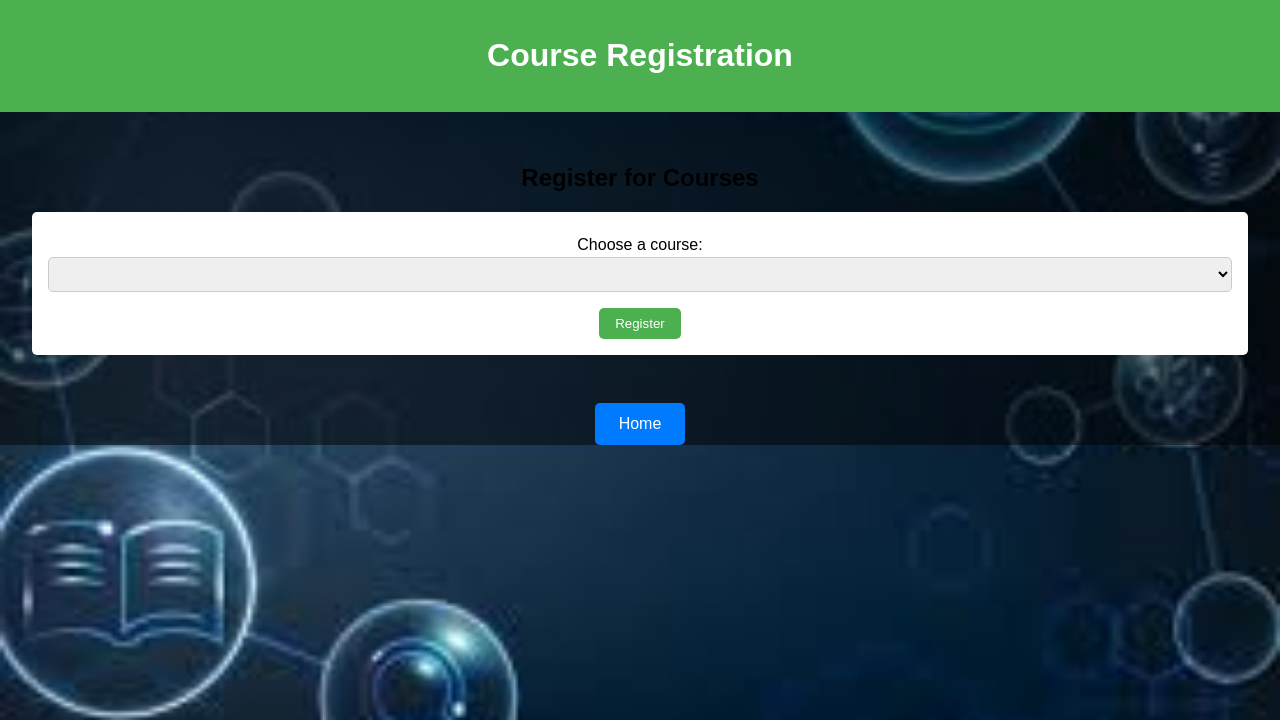
Repository: Syed1818/project
Page: http://localhost/register-course.php
These files come from the project's save history. The page is drawn as it stood at one moment and after the next save; the edit follows.
The browser window is 1280 px wide. The pictures show the whole page.
The page is run by PHP 8.4 with error messages shown; the project is at /var/www/html/. The session is filled in as if someone had signed in: {"user_id": 1}. Queries for data that is not in the repository find no rows.

Above is the page before, as saved 2024-12-05 10:09:47.

After the next save:
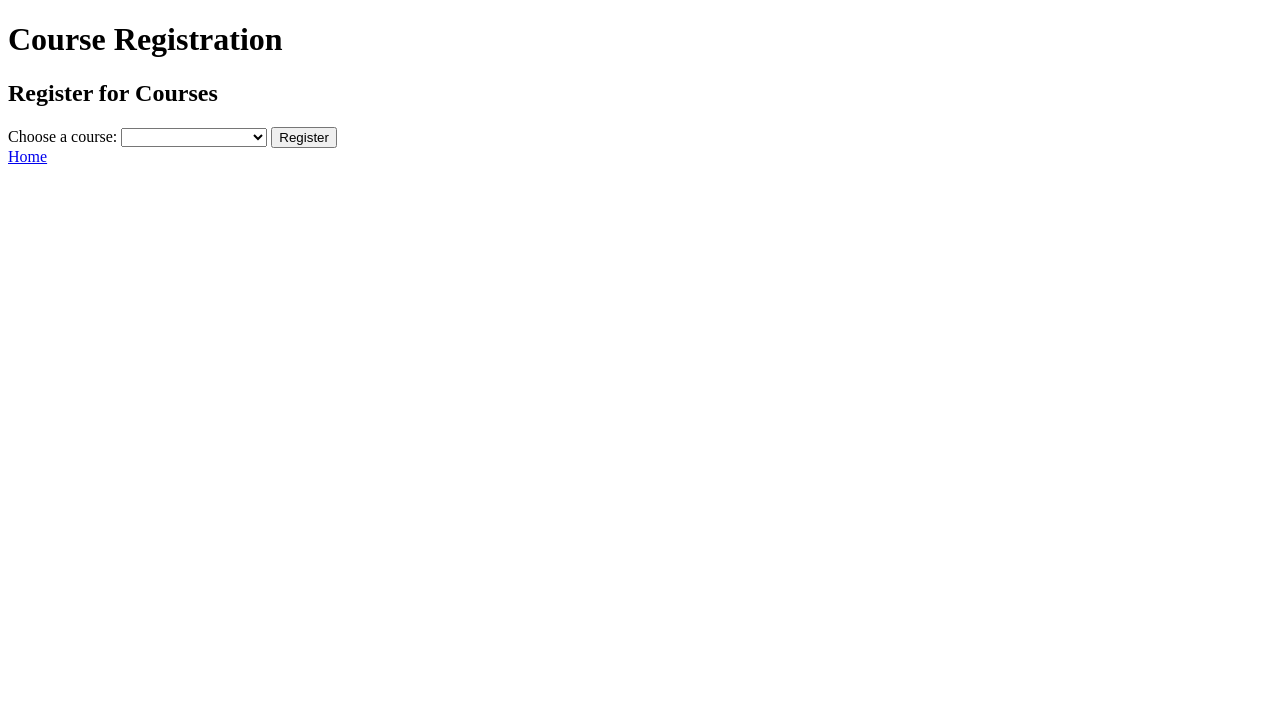
Saved 80 s later.
--- a/register-course.php
+++ b/register-course.php
@@ -30,8 +30,12 @@ if ($_SERVER['REQUEST_METHOD'] == 'POST') {
 }
 
 // Fetch courses
-$sql = "SELECT * FROM course";
+$sql = "SELECT id, title FROM course";
 $result = $conn->query($sql);
+
+if (!$result) {
+    die("Error fetching courses: " . $conn->error);
+}
 ?>
 <!DOCTYPE html>
 <html lang="en">
@@ -39,125 +43,7 @@ $result = $conn->query($sql);
     <meta charset="UTF-8">
     <meta name="viewport" content="width=device-width, initial-scale=1.0">
     <style>
-        body {
-    font-family: Arial, sans-serif;
-    margin: 0;
-    padding: 0;
-    background-image: url('images/bg1.jpg'); /* Use your relative path */
-    background-size: cover; /* Ensures the image covers the entire screen */
-    background-position: center; /* Centers the image */
-    background-attachment: fixed; /* Keeps the background static during scrolling */
-    background-repeat: no-repeat; /* Prevents the image from repeating */
-    text-align: center;
-    position: relative; /* To allow overlays or additional styling */
-}
-
-body::before {
-    content: "";
-    position: absolute;
-    top: 0;
-    left: 0;
-    width: 100%;
-    height: 100%;
-    background-color: rgba(0, 0, 0, 0.5); /* Add a semi-transparent overlay for better text visibility */
-    z-index: -1; /* Places the overlay behind the content */
-}
-
-        header {
-            background-color: #4CAF50;
-            color: white;
-            padding: 1rem;
-            text-align: center;
-        }
-
-        main {
-            padding: 2rem;
-        }
-
-        form {
-            background: #fff;
-            padding: 1rem;
-            border-radius: 5px;
-            box-shadow: 0 0 10px rgba(0, 0, 0, 0.1);
-        }
-
-        form label {
-            display: block;
-            margin: 0.5rem 0 0.2rem;
-        }
-
-        form select,
-        form input {
-            width: 100%;
-            padding: 0.5rem;
-            margin-bottom: 1rem;
-            border: 1px solid #ccc;
-            border-radius: 5px;
-        }
-
-        button {
-            background-color: #4CAF50;
-            color: white;
-            border: none;
-            padding: 0.5rem 1rem;
-            border-radius: 5px;
-            cursor: pointer;
-        }
-
-        button:hover {
-            background-color: #45a049;
-        }
-
-        ul {
-            list-style: none;
-            padding: 0;
-        }
-
-        ul li {
-            background:#4CAF50;
-            color: #000;
-            margin: 0.5rem 0;
-            padding: 1rem;
-            border-radius: 5px;
-            box-shadow: 0 0 5px rgba(0, 0, 0, 0.1);
-        }
-
-        nav ul {
-            list-style: none;
-            padding: 0;
-            display: flex;
-            gap: 1rem;
-        }
-
-        nav a {
-            text-decoration: none;
-            background-color: #4CAF50;
-            color: white;
-            padding: 0.5rem 1rem;
-            border-radius: 5px;
-            transition: background-color 0.3s;
-        }
-
-        nav a:hover {
-            background-color: #45a049;
-        }
-        .home-button {
-            display: inline-block;
-            padding: 0.75rem 1.5rem;
-            font-size: 1rem;
-            color: white;
-            background-color: #007bff;
-            border: none;
-            border-radius: 5px;
-            text-decoration: none;
-            margin-top: 1rem;
-            transition: background-color 0.3s ease;
-        }
-
-        .home-button:hover {
-            background-color: #0056b3;
-        }
-
+        /* Include your previous CSS styles */
     </style>
     <title>Register for Courses</title>
 </head>
@@ -174,9 +60,9 @@ body::before {
             <label for="course_id">Choose a course:</label>
             <select id="course_id" name="course_id" required>
                 <?php
-                if ($result && $result-> num_rows > 0) {
+                if ($result && $result->num_rows > 0) {
                     while ($row = $result->fetch_assoc()) {
-                        echo "<option value='" . $row['id'] . "'>" . htmlspecialchars($row['title']) . "</option>";
+                        echo "<option value='" . htmlspecialchars($row['id']) . "'>" . htmlspecialchars($row['title']) . "</option>";
                     }
                 } else {
                     echo "<option disabled>No courses available</option>";
